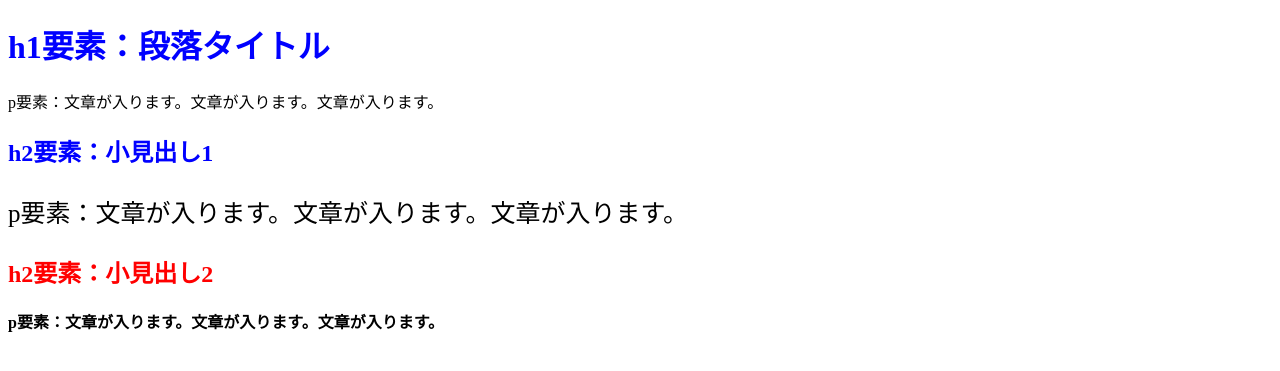
Repository: chiccha-ino/samurai_HTML-CSS
Page: index.html
The author's editor kept a record of every edit. The page is drawn from the files as they stood at one moment, then again after the next edit.
The browser window is 1280 px wide. The pictures show the whole page.

Above is the page before.

After the next edit:
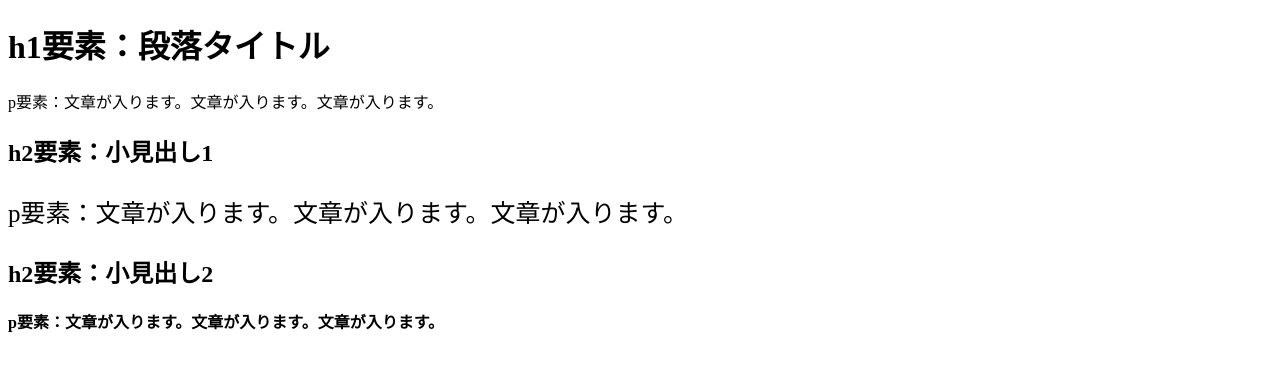
The edit:
--- a/index.html
+++ b/index.html
@@ -3,14 +3,6 @@
     <head>
         <meta charset="UTF-8">
         <title>HTML/CSSの学習</title>
-        <style>
-            #red{
-                color: red;
-            }
-            .blue{
-                color: blue;
-            }
-        </style>
     </head>
     <body>
         <h1 class="blue">h1要素：段落タイトル</h1>
